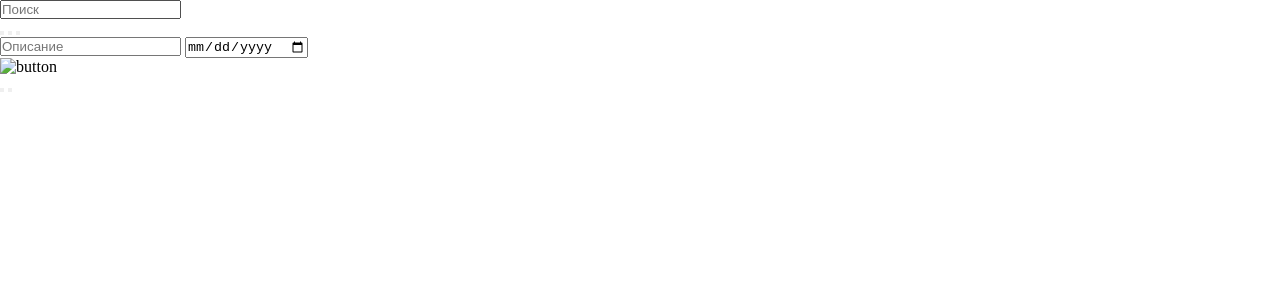
Repository: svetks0504-sudo/Projekt4_To_Do_List
Page: index.html
These files come from the project's save history. The page is drawn as it stood at one moment and after the next save; the edit follows.
The browser window is 1280 px wide. The pictures show the whole page.

Above is the page before, as saved 2025-11-18 11:36:02.

After the next save:
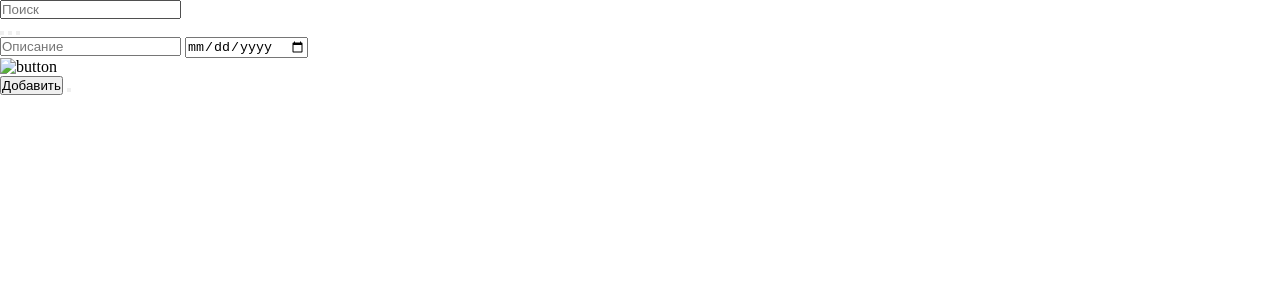
Saved 6 s later.
--- a/index.html
+++ b/index.html
@@ -31,7 +31,7 @@
       <div class="remember">
         <img src="" alt="button" />
         <div class="funktional">
-          <button class="add"></button>
+          <button class="add">Добавить</button>
           <button class="delete"></button>
         </div>
       </div>
